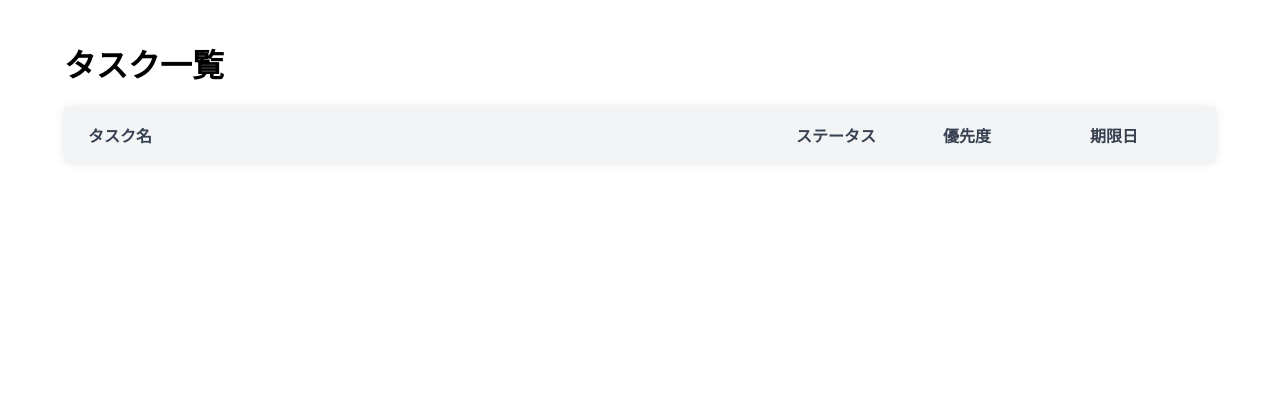
Repository: s1ros75/react-task-app
Page: /tasks
The author's editor kept a copy of each file at every save. The page is drawn from the files as they stood at one save, then again after the next save.
The browser window is 1280 px wide. The pictures show the whole page.
The project was rebuilt for these pictures with package versions that can differ from the ones it lists, and the page was loaded fresh each time. Also part of the build but not shown: vite.config.ts, src/styles/home.module.css, src/pages/home/index.tsx.

Above is the page before, as saved 2026-01-16 00:52:41.
Console error: ReferenceError: getTasks is not defined

After the next save:
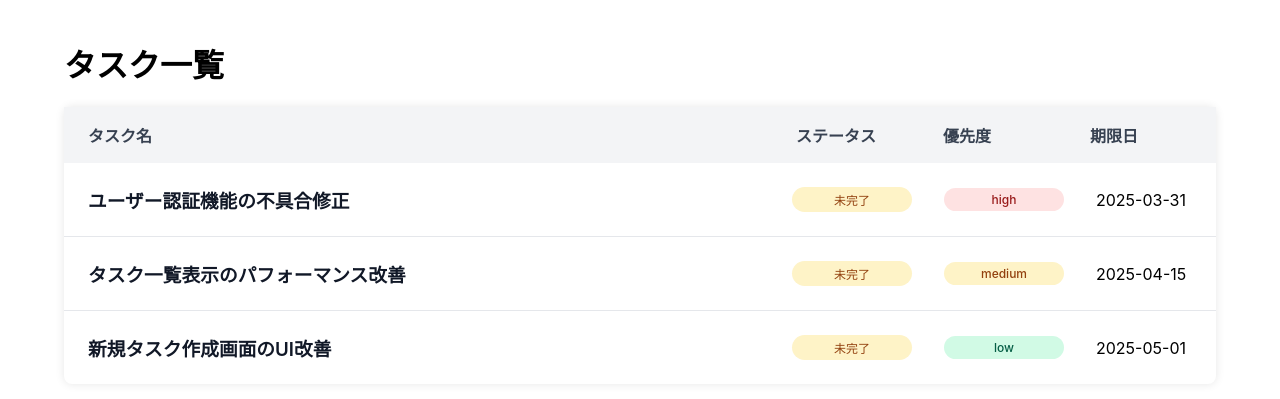
The error is gone.
Saved 75 s later.
--- a/src/features/tasks/containers/TaskListContainer.tsx
+++ b/src/features/tasks/containers/TaskListContainer.tsx
@@ -1,5 +1,5 @@
 import { useEffect, useState } from "react";
-import type { getTasks } from "../hooks/getTasks";
+import { getTasks } from "../hooks/getTasks";
 import type { Task } from "../../../types/task";
 import TaskCard from "../components/TaskCard";
 import styles from "../styles/TaskListContainer.module.css";
